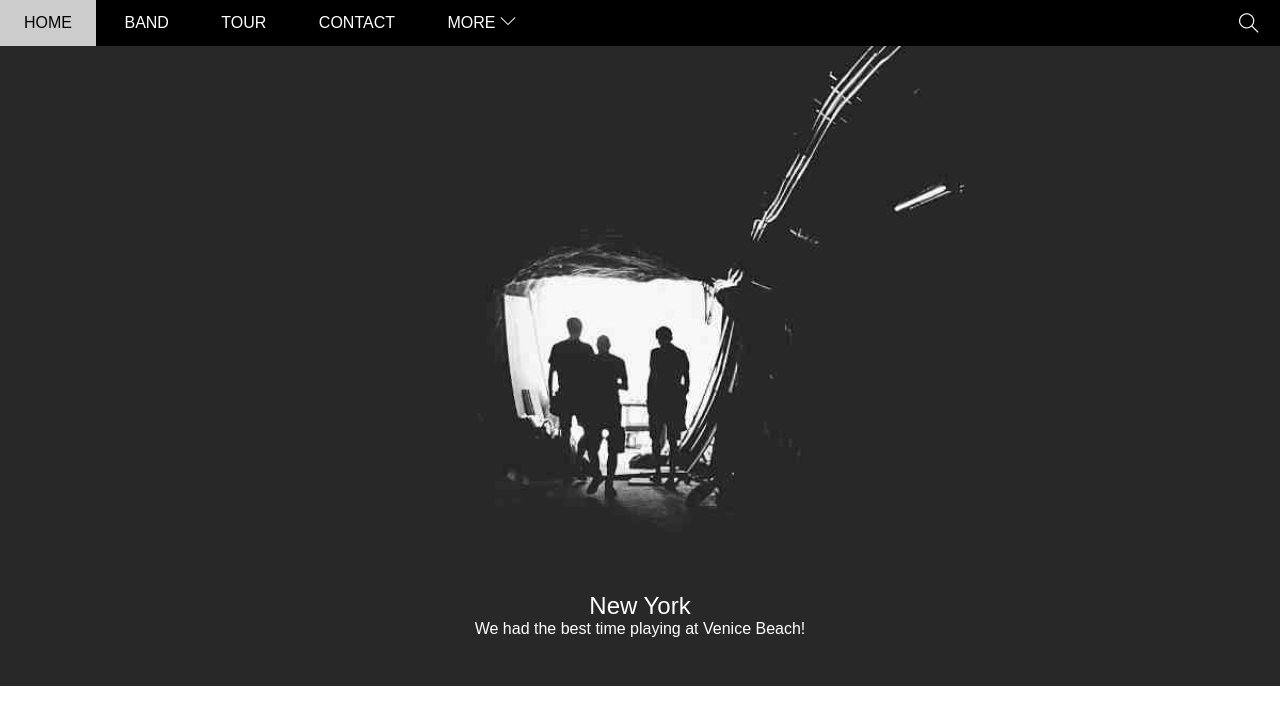
Repository: minhnguyennn/w3_band_music
Page: index.html
The author's editor kept a copy of each file at every save. The page is drawn from the files as they stood at one save, then again after the next save.
The browser window is 1280 px wide. The pictures show the whole page.

Above is the page before, as saved 2023-02-18 20:39:18.

### index.html
<!DOCTYPE html>
<html lang="en">
<head>
    <meta charset="UTF-8">
    <meta http-equiv="X-UA-Compatible" content="IE=edge">
    <meta name="viewport" content="width=device-width, initial-scale=1.0">
    <title>Document</title>
    <link rel="stylesheet" href="./assets/css/style.css">
    <link rel="stylesheet" href="./assets/fonts/themify-icons-font/themify-icons/themify-icons.css">
</head>
<body>
    <div id="main">
        <div id="header">
            <!-- Begin: nav -->
            <ul id="nav">
                <li><a href="">Home</a></li>
                <li><a href="">Band</a></li>
                <li><a href="">Tour</a></li>
                <li><a href="">Contact</a></li>
                <li>
                    <a href="">
                        More
                        <i class="nav-arrow-down ti-angle-down"></i>
                    </a>
                    <ul class="subnav">
                        <li><a href="">Merchandise</a></li>
                        <li><a href="">Extras</a></li>
                        <li><a href="">Media</a></li>
                    </ul>
                </li>
            </ul>
            <!-- End: nav -->

            <!-- Begin: search button -->
            <div class="search-btn">
                <i class="search-icon ti-search"></i>
            </div>
            <!-- End: search button -->

        </div>

        <div id="slider">
            <div class="text-content">
                <h3 class="text-heading">New York</h3>
                <div class="text-description">We had the best time playing at Venice Beach!</div>
            </div>
        </div>

        <div id="content">

        </div>

        <div id="footer">

        </div>

    </div>
</body>
</html>

### assets/css/style.css
/* Reset CSS */
* {
   padding: 0;
   margin: 0;
   box-sizing: border-box;
}

html {
   font-family: Arial, Helvetica, sans-serif;
}

#main {
}

#header {
   position: fixed;
   top: 0;
   left: 0;
   right: 0;
   height: 46px;
   background-color: #000;
}

#nav {
   display: inline-block;
}

#nav,
.subnav {
   list-style-type: none;
}

#nav > li {
   display: inline-block;
}

#nav li {
   position: relative;
}

#nav > li > a {
   color: #fff;
   text-transform: uppercase;
   padding: 0 24px;
   line-height: 46px;
}

#nav li a {
   text-decoration: none;
   display: inline-block;
}

#nav li:hover .subnav {
   display: block;
}

#nav > li:hover > a {
   color: #000;
   background-color: #ccc;
}

#nav > .nav-arrow-down {
   font-size: 14px;
}

#nav .subnav {
   min-width: 160px;
   display: none;
   position: absolute;
   top: 100%;
   left: 0;
   background-color: #fff;
   box-shadow: 0 0 10px gray;
}

#nav .subnav a {
   color: #000;
   padding: 0 16px;
   line-height: 32px;
}

#nav .subnav li:hover {
   background-color: #ccc;
}

#header > .search-btn {
   float: right;
   padding: 0 21px;
}

#header > .search-btn:hover {
   background-color: red;
   cursor: pointer;
}

#header > .search-btn > .search-icon {
   color: #fff;
   font-size: 20px;
   line-height: 46px;
}

#slider {
   position: relative;
   margin-top: 46px;
   padding-top: 50%;
   background: url("/assets/img/Slider/slider1.jpg") top center / cover no-repeat;
}

#slider > .text-content {
   position: absolute;
   text-align: center;
   bottom: 48px;
   color: #fff;
   left: 50%;
   transform: translateX(-50%);
}

#slider .text-heading {
   font-weight: 500;
   font-size: 24px;
}

#slider > .text-description {
   font-size: 15px;
   margin-top: 25px;
}


#content {
}

#footer {
}

Loaded but not shown: assets/fonts/themify-icons-font/themify-icons/themify-icons.css (common file)

After the next save:
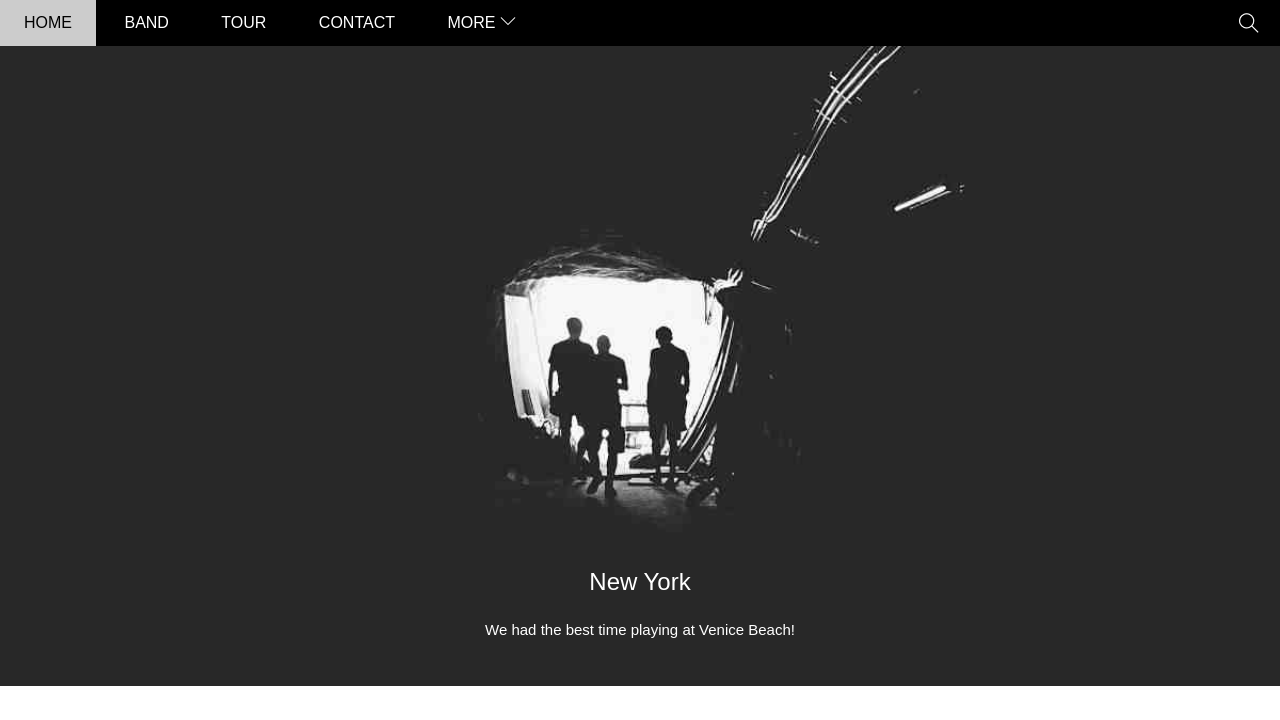
Saved 9 s later.
--- a/assets/css/style.css
+++ b/assets/css/style.css
@@ -120,7 +120,7 @@ html {
    font-size: 24px;
 }
 
-#slider > .text-description {
+#slider .text-description {
    font-size: 15px;
    margin-top: 25px;
 }
